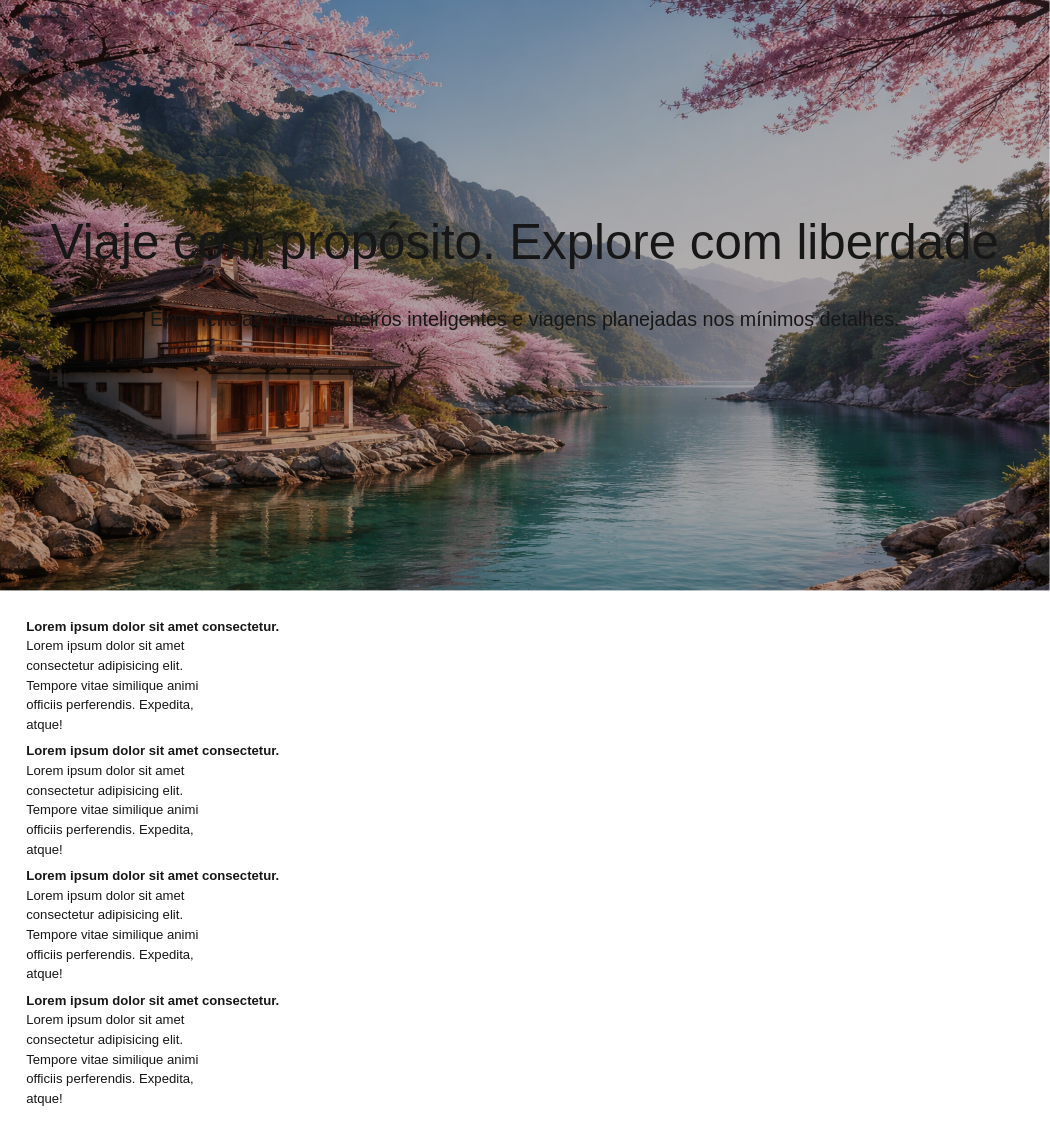
Repository: pedroantoniosi/tripicon-site
Page: /home
An editor plug-in stored every save of this project. The page is shown before and after the next save, followed by the edit.
The browser window is 1280 px wide. The pictures show the whole page, at 82% of full size.
The project was rebuilt for these pictures with package versions that can differ from the ones it lists, and the page was loaded fresh each time. The framework's server and built-in components were replaced by stand-ins that run in the browser. Also part of the build but not shown: next.config.ts.

Above is the page before, as saved 2026-03-31 20:41:11.

After the next save:
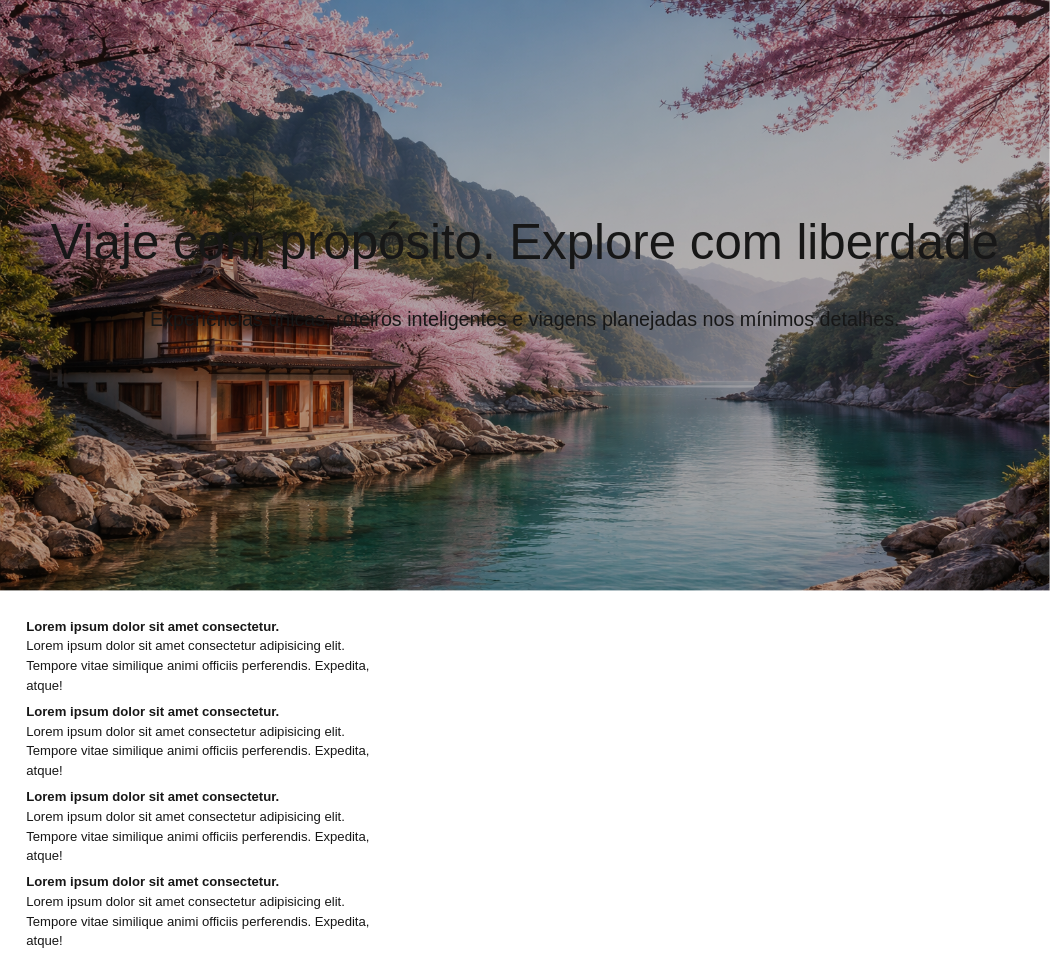
Saved 17 s later.
--- a/src/app/home/page.tsx
+++ b/src/app/home/page.tsx
@@ -23,7 +23,7 @@ export default function Home() {
               <h2 className="font-bold">
                 Lorem ipsum dolor sit amet consectetur.
               </h2>
-              <p className="max-w-[250px]">
+              <p className="max-w-[450px]">
                 Lorem ipsum dolor sit amet consectetur adipisicing elit. Tempore
                 vitae similique animi officiis perferendis. Expedita, atque!
               </p>
